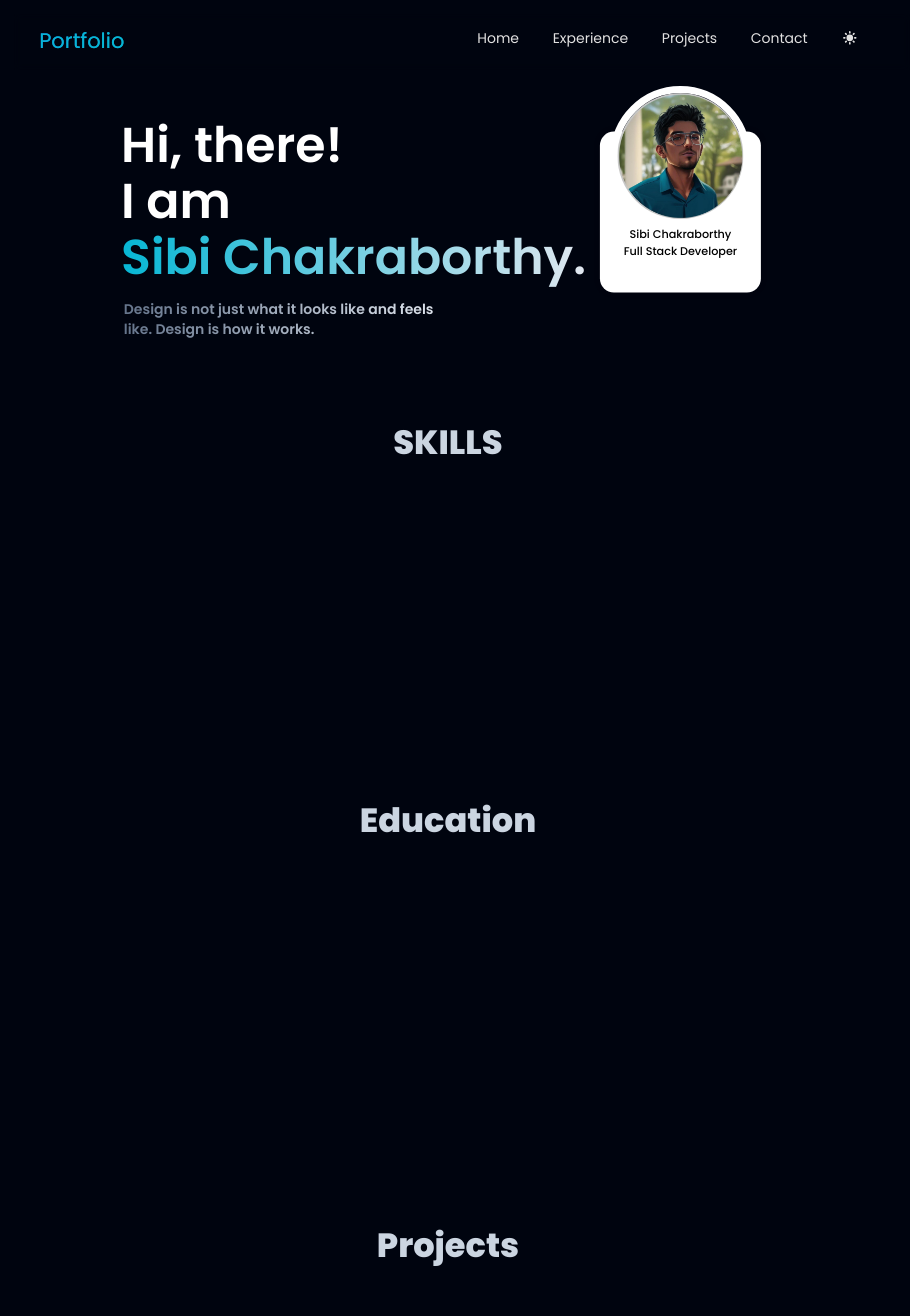
Repository: sibi24sibi/MyPersonalPortfolio
Page: /
An editor plug-in stored every save of this project. The page is shown before and after the next save, followed by the edit.
The browser window is 1280 px wide. The page is 1300 px wide, so the pictures cover 1300 px, including what lies to the right of the window. The pictures show the part of the page from y = 0 to 1880 px (the page is 3414 px tall), at 70% of full size.
The pointer rests on the first visible `.team-member .details`.
The project was rebuilt for these pictures with package versions that can differ from the ones it lists, and the page was loaded fresh each time. Also part of the build but not shown: vite.config.js, src/components/Menu.jsx, src/components/Footer.jsx.

Above is the page before, as saved 2024-05-03 18:15:20.

### index.html
<!DOCTYPE html>
<html lang="en">

<head>
  <meta charset="UTF-8" />
  <link rel="icon" type="image/svg+xml" href="" />
  <meta name="viewport" content="width=device-width, initial-scale=1 , maximum-scale=1 ,user-scalable=no" />
  <title>
    Personal Portfolio
  </title>
</head>

<body className="darkMode">
  <div id="root" className="px-5 w-screen"></div>
  <script type="module" src="/src/main.jsx"></script>
</body>

</html>

### src/index.css
@import url('https://fonts.googleapis.com/css2?family=Poppins:wght@300;400;500;600;800&display=swap');
@tailwind base;
@tailwind components;
@tailwind utilities;

html {
    @apply overflow-x-hidden scroll-smooth
}

body {

    @apply dark:bg-[#00040f] bg-[#e2e2e2ab]
}

### src/App.jsx
import Navbar from "./components/Navbar";
import About from "./components/About";

import Education from "./components/Education";
import Projects from "./components/Projects";
import Skills from "./components/Skills";

import HashLoader from "react-spinners/HashLoader";
import CTA from "./components/CTA";
import MyEmailLayout from "./components/email";
import Footer from "./components/Footer";


import { useState, useEffect } from "react";

const override = {
  display: "flex",
  justifyContent: "center",
  alignItems: "center",
  marginTop: "5rem",
  borderColor: "red",
};

const App = () => {
  const [loading, setLoading] = useState(true);

  useEffect(() => {
    setLoading(true);
    setTimeout(() => {
      setLoading(false);
    }, 3000);
  }, []);
  return (
    <>
      {loading ? (
        <div className="flex h-screen w-screen justify-center items-center bg-[#00040f] ">
          <HashLoader
            color="#0891b2"
            loading={loading}
            cssOverride={override}
            size={90}
            aria-label="Loading Spinner"
            data-testid="loader"
          />
        </div>
      ) : (
        <div className=" flex flex-col justify-center items-center">
          <Navbar></Navbar>
          <About></About>
          <Skills></Skills>
          <Education></Education>
          <Projects></Projects>
          <CTA></CTA>
          <MyEmailLayout></MyEmailLayout>
          {/* <Footer></Footer> */}
        </div>
      )}
    </>
  );
};
export default App;

### src/components/Navbar.jsx
import { CgMenuRightAlt } from "react-icons/cg";
import { HiSun, HiMoon } from "react-icons/hi";
import { useState, useEffect } from "react";
import Menu from "./Menu";

const Navbar = () => {
  const [nav, setNav] = useState(false);

  const [theme, setTheme] = useState("light");

  useEffect(() => {
    if (theme === "dark") {
      document.documentElement.classList.remove("dark");
    } else {
      document.documentElement.classList.add("dark");
    }
  }, [theme]);

  const handleTheme = () => {
    setTheme(theme === "dark" ? "light" : "dark");
  };

  return (
    <>
      <section className="NAVBAR sticky top-0 backdrop-blur-[5px] z-10 pt-5  translate-x-[20px] min-w-full mt-5 font-['Poppins']  max-sm:p-2 max-sm:mx-1 max-sm:max-h-[48px] ">
        <div className="flex  justify-between capitalize md:ml-9 sm:ml-2">
          <div className="LOGO ">
            <a
              href="#"
              className="text-3xl bg-gradient-to-r from-blue-600 to-cyan-600 bg-clip-text text-transparent dark:text-cyan-500 max-sm:text-2xl"
            >
              {"Portfolio"}
            </a>
          </div>
          <div className="NAVLINKS min-w-full pr-9 text-[20px] translate-x-[-160px]  max-sm:hidden flex justify-end gap-12 text-[#00040f] dark:text-[#e1e1e1] ">
            <a href="#about" className=" hover:text-cyan-500">
              Home
            </a>
            <a href="#experience" className="hover:text-cyan-500">
              Experience
            </a>
            {/* <a href="#education" className="hover:text-cyan-500 ">
              Education
            </a> */}
            <a href="#projects" className="hover:text-cyan-500 ">
              Projects
            </a>
            <a href="#contact" className="hover:text-cyan-500 ">
              Contact
            </a>

            <button onClick={handleTheme}>
              {theme === "dark" ? (
                <HiMoon className="-translate-y-1 text-2xl" />
              ) : (
                <HiSun className="-translate-y-1 text-2xl" />
              )}
            </button>

            </div>
            </div>
          <button onClick={() => setNav(!nav)}>
            <CgMenuRightAlt className="hidden max-sm:block mr-5   absolute top-2  right-10 md:transform-none text-[#00040f] dark:text-[#e1e1e1] text-[32px]" />
          </button>


        {nav && <Menu />}

      </section>



    </>
  );
};
export default Navbar;

### src/components/About.jsx
import Lottie from "lottie-react";
import computer from "../assets/lottie/computer.json";
import Profile from "../assets/Profile.jpg";
import "./about-style.css";

const About = () => {
  return (
    <>
      <section
        id="about"
        className="p-5 mx-2 mb-10 font-medium font-['Poppins'] max-w-6xl max-sm:p-2 max-sm:mx-5"
      >
        <div className="WRAPPER mt-12 flex justify-between max-sm:flex-col gap-35">
        <div className="INTRO text-[70px] leading-[80px] font-semibold max-sm:text-[40px] max-sm:leading-[70px] max-sm:font-semibold">
            <h3 className="text-[#00040f] dark:text-white">
              Hi, there! <br />I am
            </h3>
            <span className="bg-clip-text text-transparent bg-gradient-to-r  from-blue-600 to-cyan-600 dark:from-cyan-500 dark:to-slate-200">
             Sibi Chakraborthy.

            </span>

            <p className="ABOUT h-[100px] text-xl max-sm:text-[15px] bg-clip-text text-transparent  bg-gradient-to-r  from-[#00040f] to-slate-500 dark:from-slate-500 dark:to-slate-200 max-w-[470px] mt-5 pl-1">
            Design is not just what it looks like and feels like. Design is how it works.
            </p>
          </div>
        <div className="div">



        <div className="team-member">
            <img src={Profile} alt="Profile"/>
            <div className="details">
              <h3>Sibi Chakraborthy</h3>
              <p>Full Stack Developer</p>
            </div>
        </div>



        </div>
        </div>
      </section>
    </>
  );
};
export default About;

### src/components/Education.jsx
import Lottie from "lottie-react";
import education from "../assets/lottie/education.json";
import SAEC from "../assets/SAEC.png";
import AOS from "aos";

import { useEffect } from "react";

const Education = () => {
  useEffect(() => {
    AOS.init();
  }, []);
  return (
    <section
      id="education"
      className="EXPERIENCE max-w-6xl p-5 mx-20 mb-25 font-['Poppins']  max-sm:p-2 max-sm:mx-5"
    >
      <div className="WRAPPER mt-10">
        <h1 className="text-[#00040f] dark:text-slate-300 text-center font-extrabold text-5xl mb-5 max-sm:text-4xl   ">
          Education
        </h1>

        <div
          className="EDUCATION flex gap-7 justify-between flex-row-reverse max-sm:flex-col"
          data-aos="fade-right"
        >
          <div className="max-w-[520px] mt-[52px] p-7 max-sm:p-3">
            <div className="flex gap-5">
              <img
                src={SAEC}
                alt="SAEC"
                className="w-[150px] h-[100px]"
              />
              <h1 className="bg-clip-text text-transparent bg-gradient-to-r max-sm:text-[17px] from-amber-500 via-orange-600 to-yellow-500 dark:from-[#ff6600] dark:to-slate-100 font-semibold text-2xl w-[300px] h-[100px] tracking-wider ">
                Syed Ammal engineering college
              </h1>
            </div>

            <div className="mt-7 flex flex-col gap-5 text-left pl-4">
              <h3 className="capitalize  text-slate-800 dark:text-slate-300 text-xl max-sm:text-lg">
                Bachelor of technology
              </h3>
              <p className="italic capitalize text-gray-500 dark:text-slate-500 text-xl max-sm:text-lg leading-9">
                November 2020 - May 2024
              </p>

              <p className="capitalize text-gray-500 dark:text-slate-500 text-xl max-sm:text-lg leading-9">
                Computer Science and Engineering
              </p>
            </div>
          </div>
          <Lottie
            animationData={education}
            loop={true}
            className="max-w-[500px]"
          />
        </div>
      </div>
    </section>
  );
};
export default Education;

### src/components/Skills.jsx
import {
  HTML,
  CSS,
  Github,
  Git,
  Vite,
  TailwindCSS,
  react,
  Python,
  Javascript,
  CPP,
  C,
  Vue,
  nodejs
} from "../constants/Constant";

import AOS from "aos";
import "aos/dist/aos.css";
import { useEffect } from "react";
import Image from "./Img_prop";

const Skills = () => {
  useEffect(() => {
    AOS.init();
  }, []);
  return (
    <>
      <section className="EXPERIENCE p-5  mb-10 max-w-6xl  font-['Poppins']  max-sm:p-2 max-sm:mx-5">
        <div>
        <h1 className="text-[#00040f] dark:text-slate-300 font-extrabold text-5xl text-center max-sm:text-4xl ">
          SKILLS
        </h1>
        </div>
        <div
          className=" grid place-content-start  grid-cols-3 gap-4 max-sm:p-2 mt-10"
          data-aos="zoom-out-up"
        >
          <Image img={HTML}></Image>
          <Image img={CSS}></Image>
          <Image img={Javascript}></Image>
          <Image img={react}></Image>
          <Image img={TailwindCSS}></Image>
          {/* <Image img={Vue}></Image>
          <Image img={CPP}></Image>
          <Image img={C}></Image> */}
          <Image img={Python}></Image>
          {/* <Image img={Vite}></Image> */}
          <Image img={Git}></Image>
          <Image img={Github}></Image>
          <Image img={nodejs}></Image>
        </div>
      </section>
    </>
  );
};
export default Skills;

### src/components/CTA.jsx
function CTA() {
  const resumeLink = "/Sibi-Chakraborthy-V.pdf";
  return (
    <div id="resume" className="pt-36 max-w-6xl resume relative w-full flex justify-center ">

      <div className="pt-14 mx-20 pb-40">
        <h2 className="text-4xl md:text-5xl max-sm:text-[35px] max-sm:leading-[60px] font-bold mb-10 text-[#00040f] dark:text-white text-center">
          Need to know about me more
        </h2>
        <div className="flex justify-center ">
        <a
          href={resumeLink}
          className="cursor-pointer font-bold whitespace-nowrap
        mt-6 px-8 py-3 dark:text-[#e1e1e1] border-2 rounded-full border-[#808080]  bg-bg hover:bg-fun-pink hover:border-fun-pink transition-colors inline-flex items-center"
        >
          <svg class="fill-current w-4 h-4 mr-2" xmlns="http://www.w3.org/2000/svg" viewBox="0 0 20 20"><path d="M13 8V2H7v6H2l8 8 8-8h-5zM0 18h20v2H0v-2z"/></svg>
          <span>Resume</span>

        </a>

        </div>
      </div>


    </div>
  );
}

export default CTA;

### src/components/email.jsx
import React, { useRef, useEffect } from "react";
import emailjs from '@emailjs/browser';



const MyEmailLayout = () => {
  const form = useRef();

  useEffect(() => {
    // Initialize emailjs
    emailjs.init('-fw29uVaf1UZJqOVT');
  }, []);

  const sendEmail = (e) => {
    e.preventDefault();

    emailjs

      .sendForm('service_hgvjibu', 'template_f9rmzk9', form.current)
      .then(
        () => {
          alert('Email sent successfully!');
        },
        (error) => {
          alert('Failed to send email. Please try again later.');
          console.error('Email Error:', error);
        }
      );
  };

  return (
    <div   className="mb-20 max-w-6xl" id="contact">

      <div className=" mx-10 max-sm:mx-5 ">
      <div className="div">
      <h1 className="text-2xl dark:text-[#e1e1e1] font-bold mb-4 ">SEND ME A EMAIL</h1>
      </div>
      <form ref={form} onSubmit={sendEmail}>
        <div className="grid  grid-cols-2 gap-4 flex justify-center">
          <div>
            <label htmlFor="name" className="dark:text-[#e1e1e1]">Name</label>
            <input
              type="text"
              id="name"
              name="user_name"
              className="px-3 py-2 placeholder-gray-400 text-gray-600 relative dark:bg-slate-300 bg-stone-300 rounded text-sm border-0 shadow outline-none focus:outline-none focus:ring  w-full"
            />
          </div>
          <div>
            <label htmlFor="email" className="dark:text-[#e1e1e1]">Email</label>
            <input
              type="email"
              id="email"
              name="user_email"
              className="px-3 py-2 placeholder-gray-400 text-gray-600 relative dark:bg-slate-300 bg-stone-300 rounded text-sm border-0 shadow outline-none focus:outline-none focus:ring w-full"
            />
          </div>
        </div>
        <label htmlFor="message" className="dark:text-[#e1e1e1]">Message</label>
        <textarea
          placeholder=""
          name="message"
          className="px-3 py-2 placeholder-gray-400 text-gray-600 relative dark:bg-slate-300 bg-stone-300 rounded text-sm border-0 shadow outline-none focus:outline-none focus:ring h-40 w-full "
        ></textarea>
        <button
          type="submit"
          className="bg-blue-500 rounded-full text-white px-4 py-2 mt-4 float-right"
          value="Send"
        >
          Send Email
        </button>
      </form>
      </div>
    </div>
  );
};

export default MyEmailLayout;

### src/components/about-style.css

.team-member {
    text-align: center;
    margin: 20px;
    padding: 15px; /* Add padding for better visual appeal */
    border-radius: 10px; /* Add rounded corners */
    box-shadow: 0 0 10px rgba(0, 0, 0, 0.1); /* Add a subtle box shadow */
}
.team-member img {
    width: 200px;
    height: 200px;
    border-radius: 50%;
    object-fit: cover;
    border: 10px solid #fff;
    transition: transform 0.3s ease-in-out;
}
.team-member:hover img{
    transform:translateY(-80px);
}

.team-member:hover  {
    border-radius: 20px;
    height: 230px;
    background-color: #fff;
}

.team-member img:hover {
    transform:translateY(-80px);
}

.team-member:hover .details {
    opacity: 1px;
}

.team-member .details:hover{
    transform:translateY(-80px);
}

### src/components/Project_prop.jsx
/* eslint-disable react/prop-types */

import "./proj_style.css";


const Project_prop = (props) => {
  return (
    <>



      <div className="card bg-blue-100 dark:bg-sky-950 rounded-lg shadow-lg aspect-w-16 aspect-h-9 ">
        <h3
        className="title capitalize font-bold h-20 text-slate-800 dark:text-slate-300 text-xl max-sm:text-lg m-5 text-center"
        >
          {props.title}
        </h3>
            <div className="bar h-1 min-w-40 dark:bg-gray-800  bg-slate-600  mx-5"></div>
        <div className="flex gap-1 ml-3 mt-3 ">
                {props.react}
                {props.vite}
                {props.html5}
                {props.css3}
                {props.php}
                {props.mysql}
                {props.javascript}
                {props.tailwindcss}
                {props.laravel}
                {props.bootstrap}
                {props.wordpress}

        </div>
        <p className="dark:text-slate-500 mt-2 text-sm px-5  select-none">
          {props.para}
        </p>
      </div>




    </>
  );
};
export default Project_prop;

### src/constants/Constant.jsx
import C from "../assets/C.png";
import CPP from "../assets/CPP.png";
import HTML from "../assets/HTML.png";
import Github from "../assets/Github.png";
import CSS from "../assets/CSS.png";
import Python from "../assets/Python.png";
import Javascript from "../assets/Javascript.png";
import Git from "../assets/Git.png";
import Vite from "../assets/Vite.png";
import TailwindCSS from "../assets/TailwindCSS.png";
import react from "../assets/react.png";
import Vue from "../assets/vue.png";
import nodejs from "../assets/nodejs.png";

import Hackthechain from "../assets/HackTheChainLogo.png";
import GSSOC from "../assets/GSSoc.jpg";
import IITB from "../assets/IITB.png";
import Sports from "../assets/Sports_Club.png";
import IIITians from "../assets/IIITians_Network.png";
import GDSC from "../assets/GDSC.png";
import KDE from "../assets/kde.png";
import Oppia from "../assets/oppia.png";

import GPT4 from "../assets/gpt4.jpg";
import Portfolio from "../assets/portfolio.jpg";
import Rocket from "../assets/Rocket.jpg";
import Game from "../assets/Stone.jpg";
import WellBeing from "../assets/well-being.jpg";

export {
  C,
  CPP,
  HTML,
  CSS,
  Github,
  Git,
  Vite,
  TailwindCSS,
  react ,
  Python,
  Javascript,
  Vue,
  Hackthechain,
  GSSOC,
  IITB,
  Sports,
  IIITians,
  GPT4,
  Portfolio,
  Rocket,
  WellBeing,
  Game,
  GDSC,
  KDE,
  nodejs,
  Oppia,
};

### src/components/Img_prop.jsx
const Img_prop = ({ img }) => {
  return (
    <>
      <div className="mr-60 w-[100px] max-sm:w-[75px] h-[100px] max-sm:h-[75px] shadow-xl shadow-slate-300 dark:shadow-lg dark:shadow-blue-500/50 bg-gradient-to-bl from-[#ccc] to-[#eee] dark:from-[#051937] dark:to-[#222] rounded-full place-content-center grid translate-x-[100px] max-sm:translate-x-1">
        <img src={img} alt="html" className="max-sm:h-[45px] h-[55px] " />
      </div>
    </>
  );
};
export default Img_prop;

### src/components/proj_style.css



  .card {
    position: relative;
    left: 0px;
    width: 200px;
    height: fit-content;
    min-height: 320px;
    padding-bottom: 10px;
  }

  .card:not(:first-child) {
      margin-left: -50px;
  }

  .card:hover {
    transform: translateY(-20px);
    transition: 0.4s ease-out;
  }

  .card:hover ~ .card {
    position: relative;
    left: 50px;
    transition: 0.4s ease-out;
  }

@media only screen and (max-width: 600px) {
  .card {
    position:unset;
    left:unset;
    padding-bottom:unset;
    margin: 10px;;
    padding-bottom:unset;
  }
  .card:hover {
    transform:unset ;
    transition:unset;
    margin-left:unset;
  }
  .card:not(:first-child) {
    margin-left:10px;

  }
  .card:hover ~ .card {
    position:unset;
    left:unset;
    transition:unset;
  }
}

Loaded but not shown: src/main.jsx (common file); src/assets/lottie/computer.json (common file); src/assets/lottie/Education.json (common file); tailwind.config.js (common file); src/components/Projects.jsx (189 lines, source omitted)

After the next save:
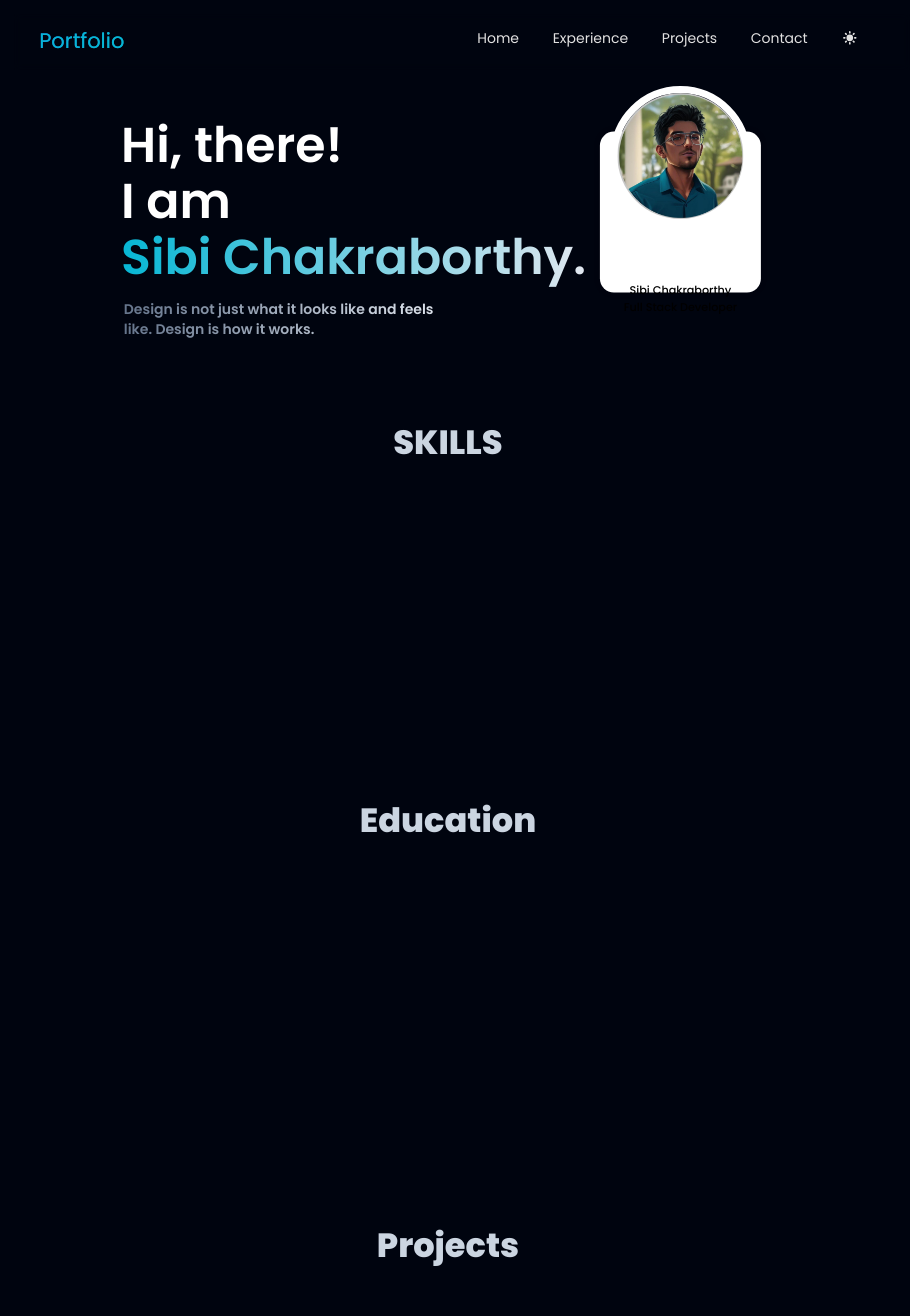
Saved 5 min 51 s later.
--- a/src/components/about-style.css
+++ b/src/components/about-style.css
@@ -31,7 +31,3 @@
 .team-member:hover .details {
     opacity: 1px;
 }
-
-.team-member .details:hover{
-    transform:translateY(-80px);
-}
